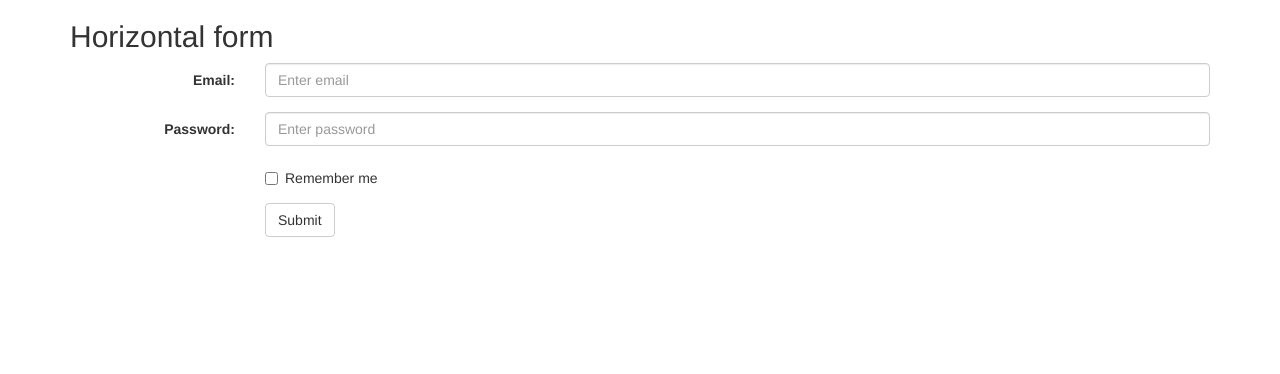
Repository: yul3220/WebProgrammingLecture
Page: member/WebContent/member/member.html
The author's editor kept a copy of each file at every save. The page is drawn from the files as they stood at one save, then again after the next save.
The browser window is 1280 px wide. The pictures show the whole page.

Above is the page before, as saved 2021-02-08 03:02:54.

After the next save:
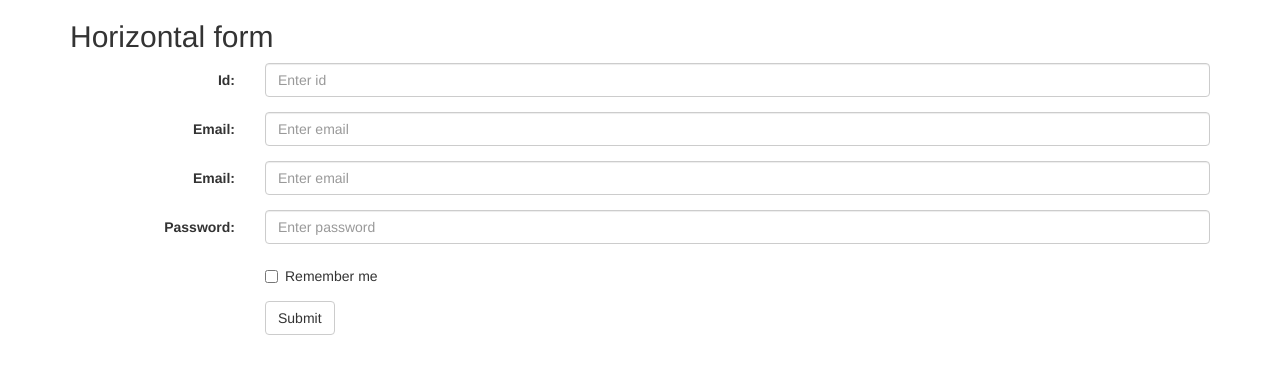
Saved 2 min 6 s later.
--- a/member/WebContent/member/member.html
+++ b/member/WebContent/member/member.html
@@ -12,19 +12,36 @@
 
 <div class="container">
   <h2>Horizontal form</h2>
-  <form class="form-horizontal" action="/action_page.php">
+  <form class="form-horizontal">
+  	<div class="form-group">
+      <label class="control-label col-sm-2" for="email">Id:</label>
+      <div class="col-sm-10">
+        <input type="text" class="form-control" id="id"
+        placeholder="Enter id" name="mem_id">
+      </div>
+    </div>
+
     <div class="form-group">
       <label class="control-label col-sm-2" for="email">Email:</label>
       <div class="col-sm-10">
         <input type="email" class="form-control" id="email" placeholder="Enter email" name="email">
       </div>
     </div>
+
+    <div class="form-group">
+      <label class="control-label col-sm-2" for="email">Email:</label>
+      <div class="col-sm-10">
+        <input type="email" class="form-control" id="email" placeholder="Enter email" name="email">
+      </div>
+    </div>
+
     <div class="form-group">
       <label class="control-label col-sm-2" for="pwd">Password:</label>
       <div class="col-sm-10">
         <input type="password" class="form-control" id="pwd" placeholder="Enter password" name="pwd">
       </div>
     </div>
+
     <div class="form-group">
       <div class="col-sm-offset-2 col-sm-10">
         <div class="checkbox">
